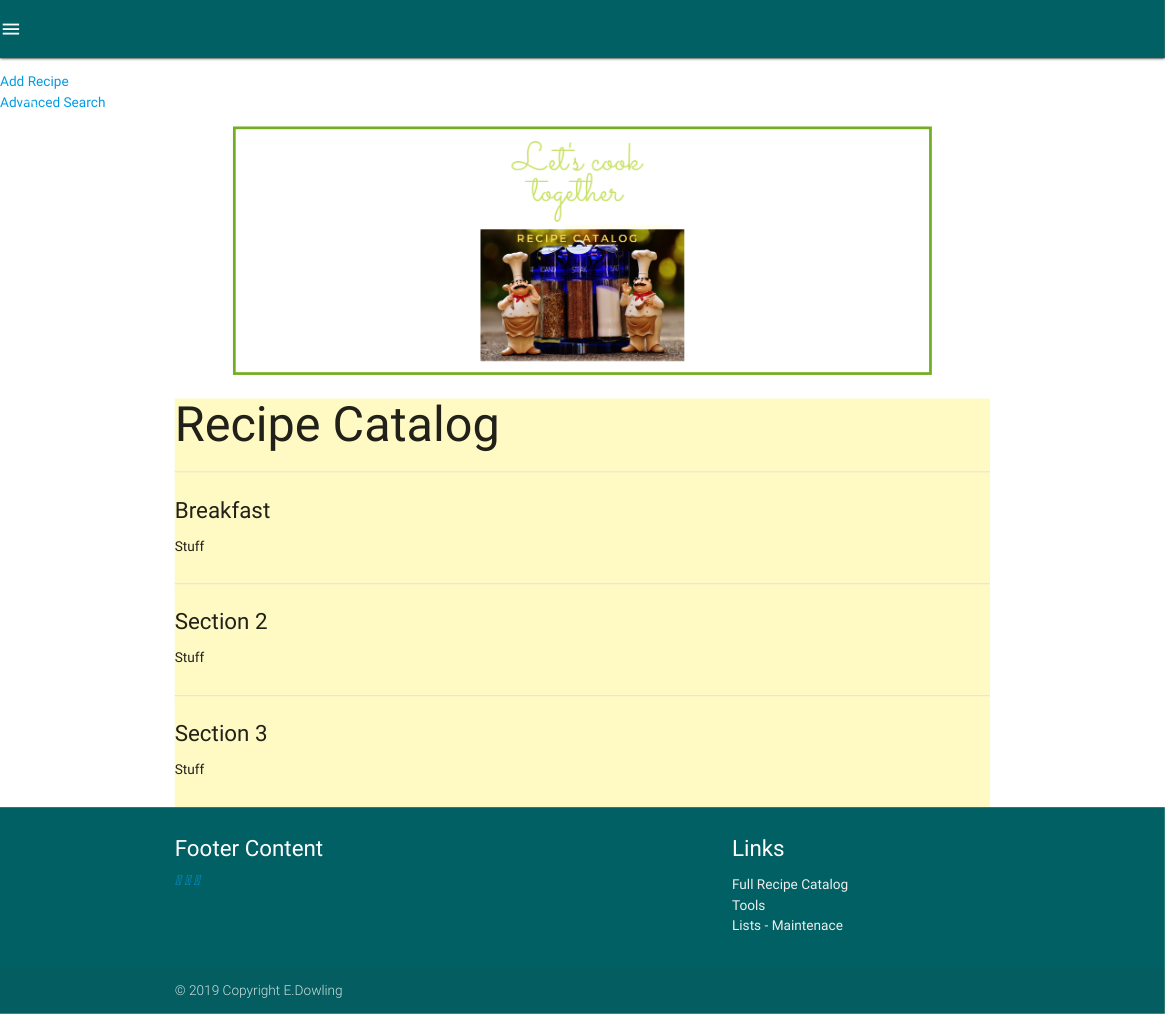
Repository: eldowling/lets-cook-together
Page: http://localhost/get_catalog?course=breakfast
The author's editor kept a record of every edit. The page is drawn from the files as they stood at one moment, then again after the next edit.
The browser window is 1280 px wide. The pictures show the whole page, at 91% of full size.
Some web libraries are served in a nearby version. The page is served by the project's application, run on Flask 3 (app.py). Queries for data that is not in the repository find no rows.

Above is the page before.
Console error: TypeError: $(...).sidenav is not a function

After the next edit:
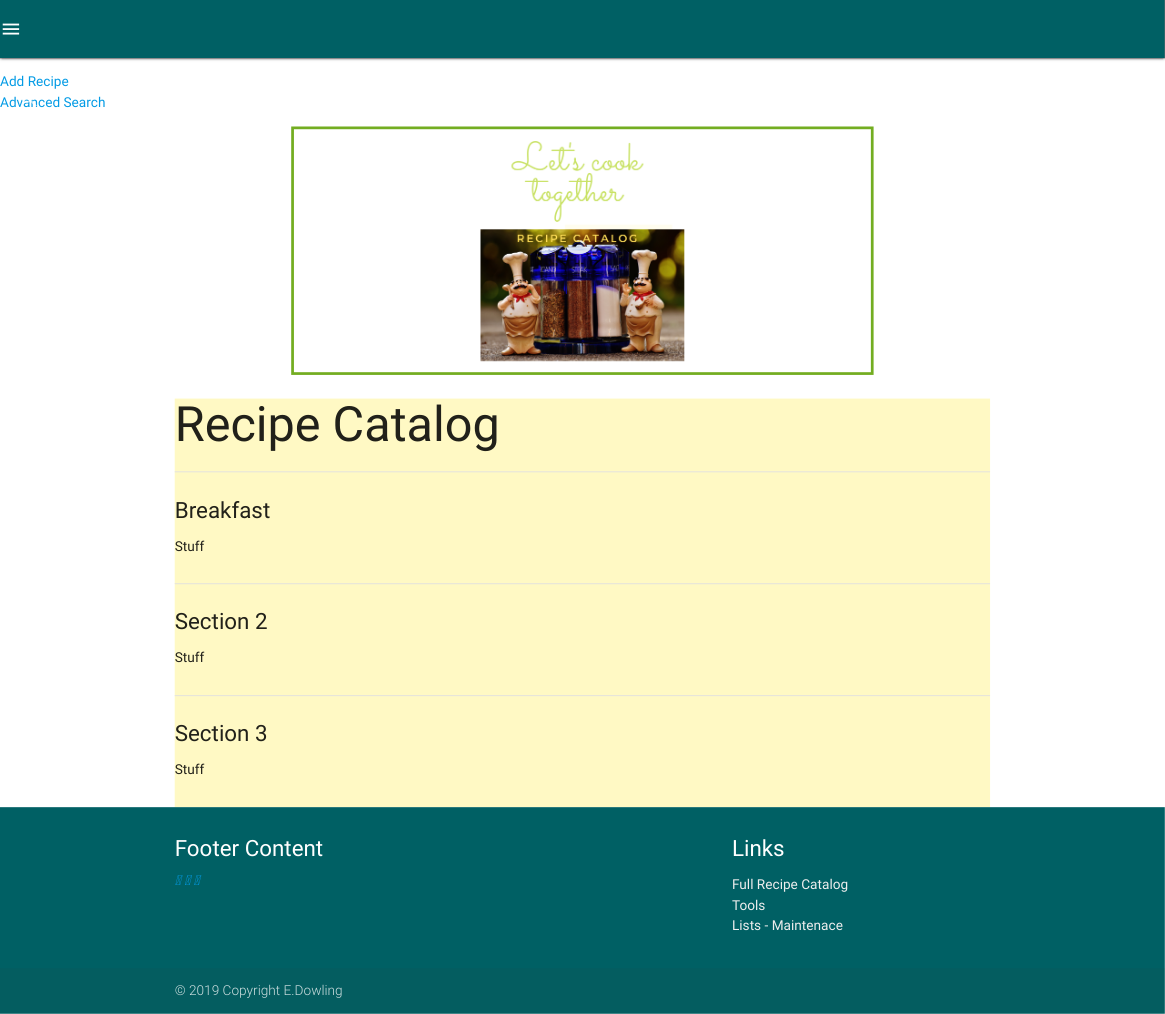
The edit:
--- a/static/css/style.css
+++ b/static/css/style.css
@@ -7,7 +7,8 @@
 
 .center {
   margin: auto;
-  width: 60%;
+  min-width: 250px;
+  width: 50%;
   border: 3px solid #73AD21;
   padding: 10px;
 }
